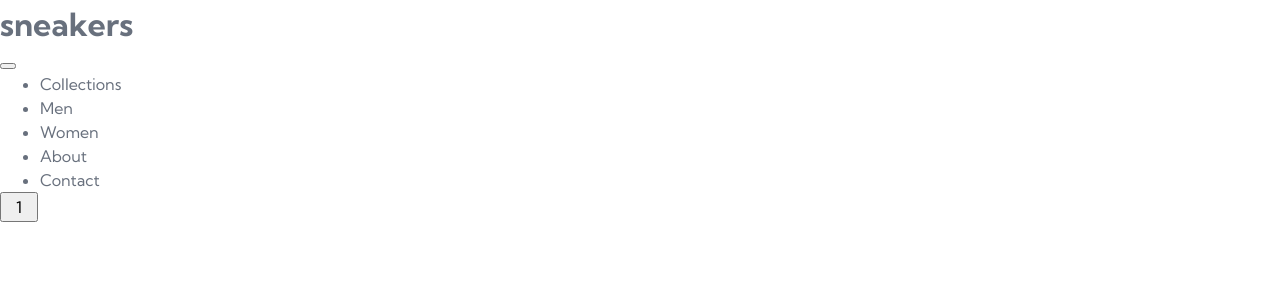
Repository: NikitaVologdin/React-Commerce-Product-Page
Page: /
The author's editor kept a copy of each file at every save. The page is drawn from the files as they stood at one save, then again after the next save.
The browser window is 1280 px wide. The pictures show the whole page.
The project was rebuilt for these pictures with package versions that can differ from the ones it lists, and the page was loaded fresh each time. Also part of the build but not shown: vite.config.ts.

Above is the page before, as saved 2024-11-07 17:11:29.

After the next save:
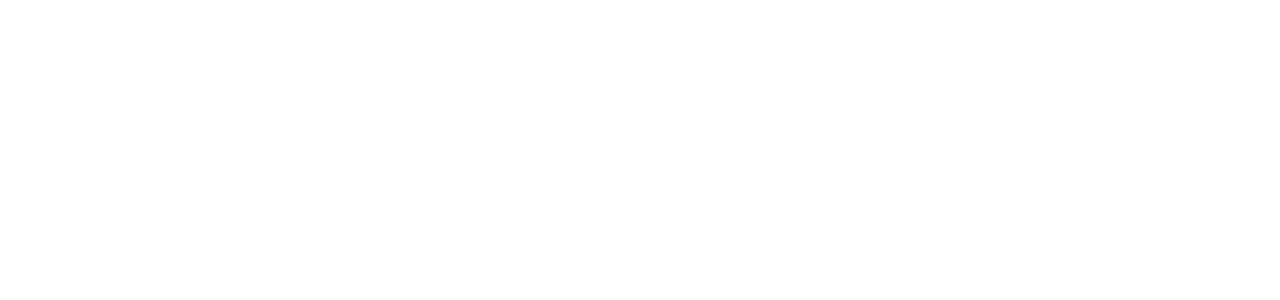
Console error: ReferenceError: thumbnails is not defined
Saved 96 s later.
--- a/src/components/cart/CartItem.tsx
+++ b/src/components/cart/CartItem.tsx
@@ -15,10 +15,10 @@
     if (discount) return (price * quantity * discount) / 100;
     return price * quantity;
   }
-  const total = calculateTotal(price, quantity, discount);
+  const total = calculateTotal(price, quantity, discount, thumbnails);
   return (
     <li className="cart-list__item cart-item">
-      <img className="cart-item__img" src={img[0]} alt="" />
+      <img className="cart-item__img" src={thumbnails[0]} alt="" />
       <h3 className="cart-item__title">{title}</h3>
       <p className="cart-item__paragraph">
         {`${price} x ${quantity} `}

After the 3 saves that followed:
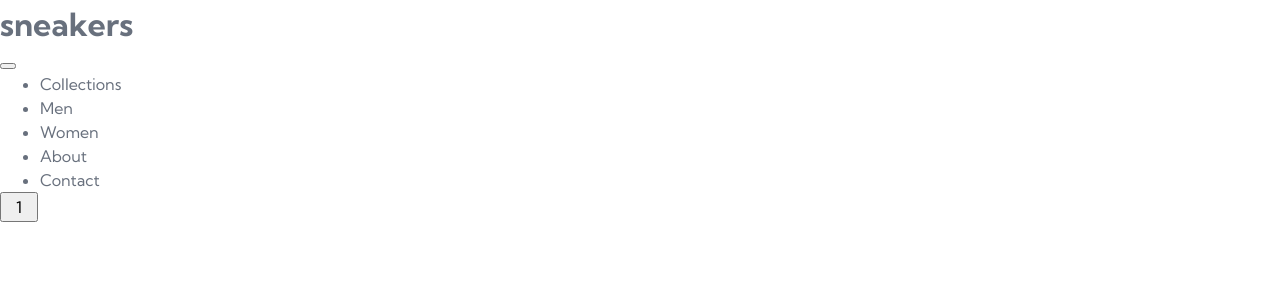
The error is gone.
The 3 saves are shown as one change because 2 left the picture as it was.
The last was saved 69 s later.
--- a/src/components/cart/Cart.tsx
+++ b/src/components/cart/Cart.tsx
@@ -18,7 +18,7 @@
           return (
             <CartItem
               title={item.title}
-              img={item.img}
+              thumbnails={item.img}
               price={item.price}
               quantity={item.quantity}
               discount={item.discount}
--- a/src/components/cart/CartItem.tsx
+++ b/src/components/cart/CartItem.tsx
@@ -2,7 +2,7 @@
 
 export default function CartItem({
   title,
-  img,
+  thumbnails,
   price,
   quantity,
   discount,
@@ -18,7 +18,11 @@
   const total = calculateTotal(price, quantity, discount, thumbnails);
   return (
     <li className="cart-list__item cart-item">
-      <img className="cart-item__img" src={thumbnails[0]} alt="" />
+      <img
+        className="cart-item__img"
+        src={thumbnails[0]}
+        alt="Shows what sneakers are this cart item"
+      />
       <h3 className="cart-item__title">{title}</h3>
       <p className="cart-item__paragraph">
         {`${price} x ${quantity} `}
